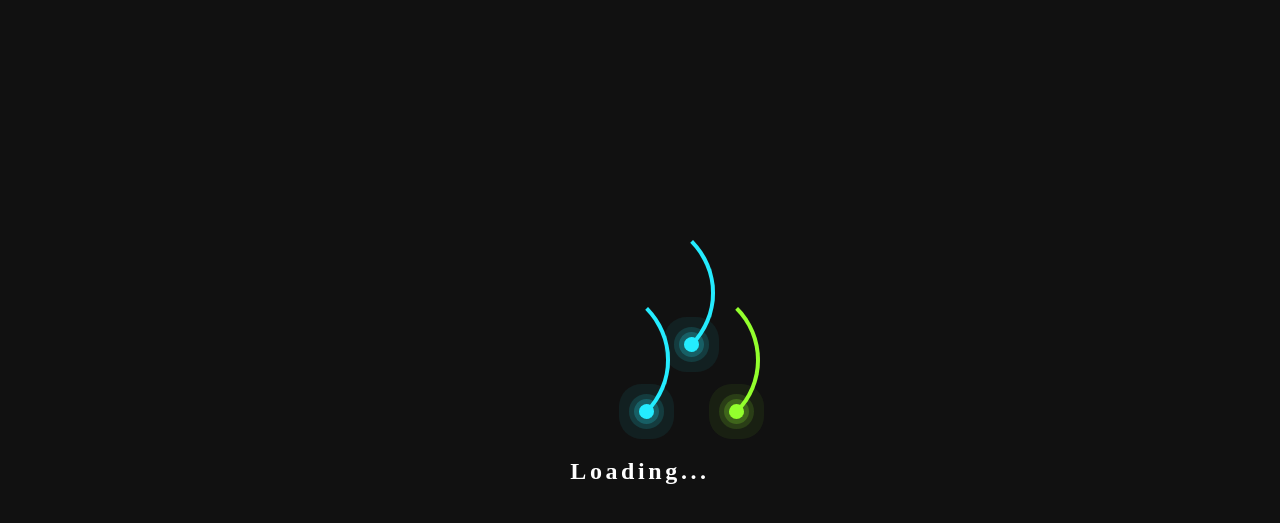
Repository: kiranjeetkaur01/csseffect.github.io
Page: index.html
The author's editor kept a copy of each file at every save. The page is drawn from the files as they stood at one save, then again after the next save.
The browser window is 1280 px wide. The pictures show the whole page.

Above is the page before, as saved 2023-09-08 12:56:16.

After the next save:
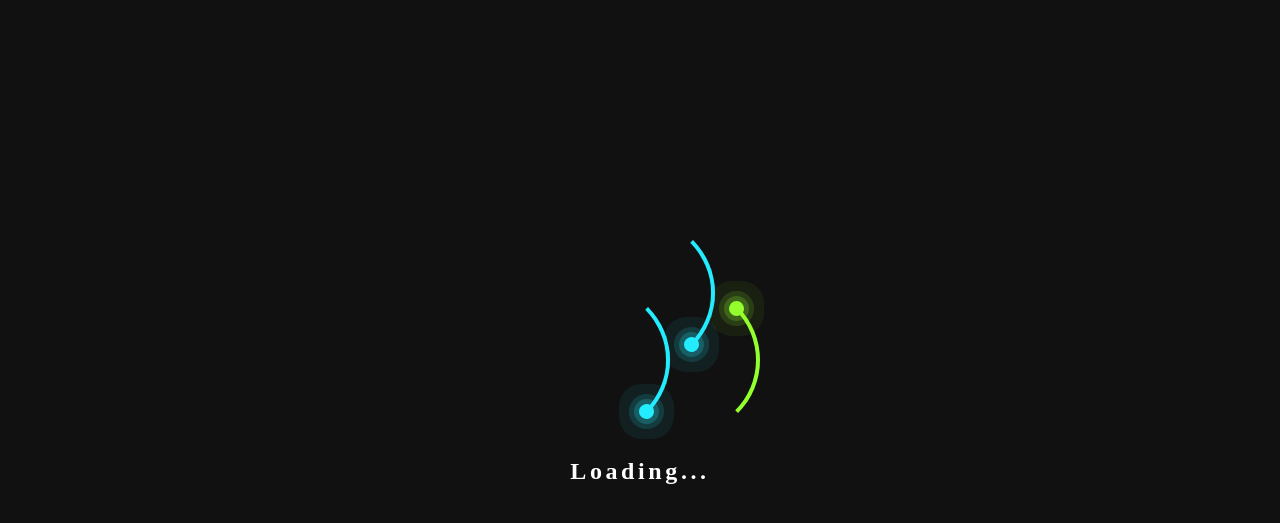
Saved 5 s later.
--- a/style.css
+++ b/style.css
@@ -63,7 +63,7 @@
 .container .ring:nth-child(2)::before{
     position: absolute;
     content: "";
-    /* top: initial; */
+    top: initial;
     bottom: 12px;
     left: 12px;
     border-radius: 50%;

After the save that followed:
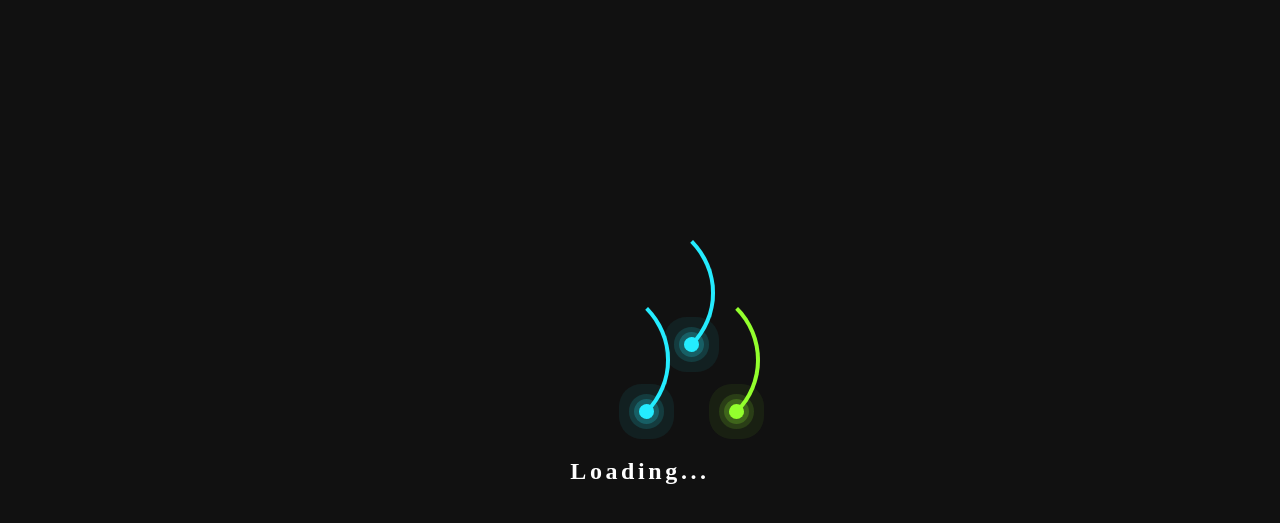
Saved 6 s later.
--- a/style.css
+++ b/style.css
@@ -63,7 +63,7 @@
 .container .ring:nth-child(2)::before{
     position: absolute;
     content: "";
-    top: initial;
+    /* top: initial; */
     bottom: 12px;
     left: 12px;
     border-radius: 50%;
